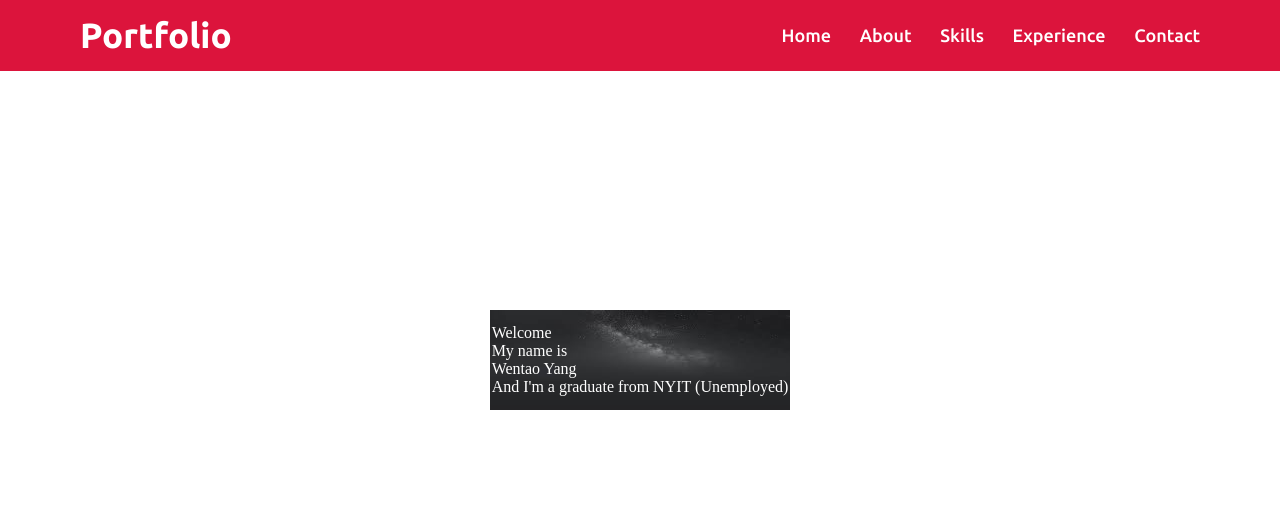
Repository: wyang08/wyang08.github.io
Page: index.html
The author's editor kept a copy of each file at every save. The page is drawn from the files as they stood at one save, then again after the next save.
The browser window is 1280 px wide. The pictures show the whole page.

Above is the page before, as saved 2021-07-02 14:55:42.

After the next save:
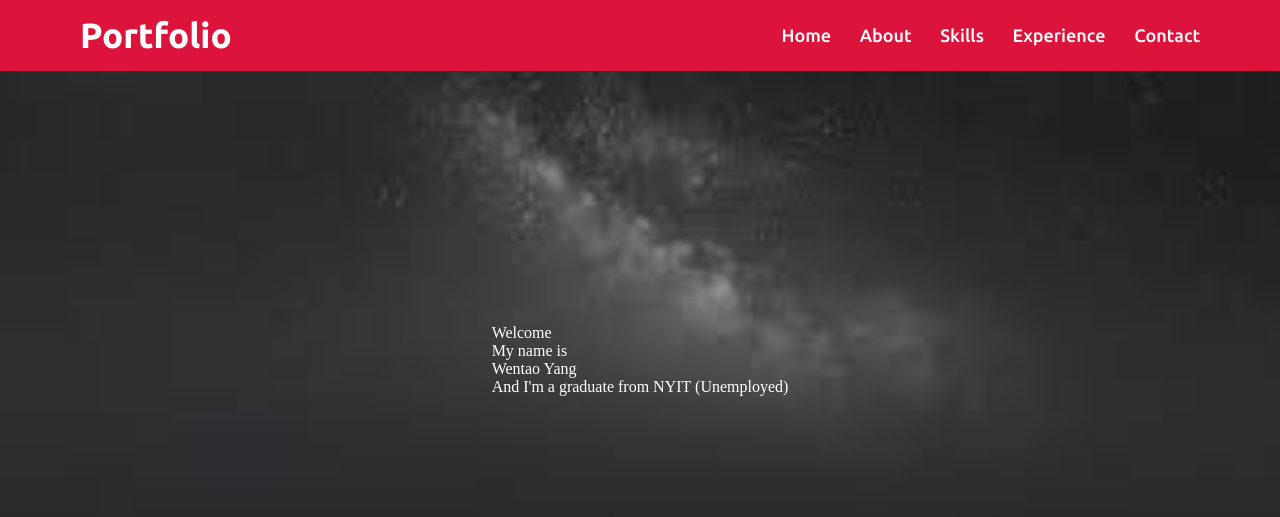
Saved 22 s later.
--- a/style.css
+++ b/style.css
@@ -56,7 +56,7 @@
     background: white;
     height: 100vh;
     background: url("images/black_content.jpg") no-repeat center;
-    background-size: 300px 100px;
+    background-size: cover;
     min-height: 500px;
     color: white;
 }
